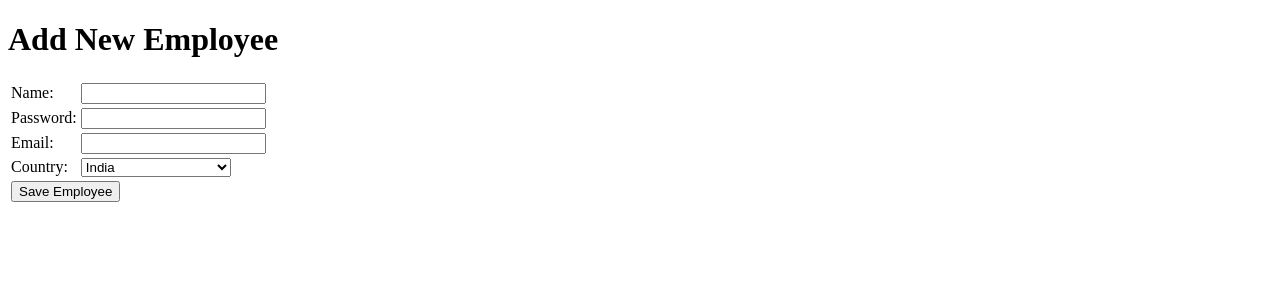
Repository: mubashirkhan1/Corejsvs__Programs
Page: basicprogram/TestWeb/WebContent/crud1.html
The author's editor kept a copy of each file at every save. The page is drawn from the files as they stood at one save, then again after the next save.
The browser window is 1280 px wide. The pictures show the whole page.

Above is the page before, as saved 2021-03-11 00:30:34.

### basicprogram/TestWeb/WebContent/crud1.html
<!DOCTYPE html>
<html>
<head>
<meta charset="ISO-8859-1">
<title>Insert title here</title>
</head>

</head>
<body>


<h1>Add New Employee</h1>
<form action=>
<table>
<tr><td>Name:</td><td><input type="text" name="name"/></td></tr>
<tr><td>Password:</td><td><input type="password" name="password"/></td></tr>
<tr><td>Email:</td><td><input type="email" name="email"/></td></tr>
<tr><td>Country:</td><td>
<select name="country" style="width:150px">
<option>India</option>
<option>USA</option>
<option>UK</option>
<option>Other</option>
<option value="Afganistan">Afghanistan</option>
   <option value="Albania">Albania</option>
   <option value="Algeria">Algeria</option>
   <option value="American Samoa">American Samoa</option>
   <option value="Andorra">Andorra</option>
   <option value="Angola">Angola</option>
   <option value="Anguilla">Anguilla</option>
   <option value="Antigua & Barbuda">Antigua & Barbuda</option>
   <option value="Argentina">Argentina</option>
   <option value="Armenia">Armenia</option>
   <option value="Aruba">Aruba</option>
   <option value="Australia">Australia</option>
   <option value="Austria">Austria</option>
   <option value="Azerbaijan">Azerbaijan</option>
   <option value="Bahamas">Bahamas</option>
   <option value="Bahrain">Bahrain</option>
   <option value="Bangladesh">Bangladesh</option>
   <option value="Barbados">Barbados</option>
   <option value="Belarus">Belarus</option>
   <option value="Belgium">Belgium</option>
   <option value="Belize">Belize</option>
</select>
</td></tr>
<tr><td colspan="2"><input type="submit" value="Save Employee"/></td></tr>
</table>
</form>

</body>
</html>

After the next save:
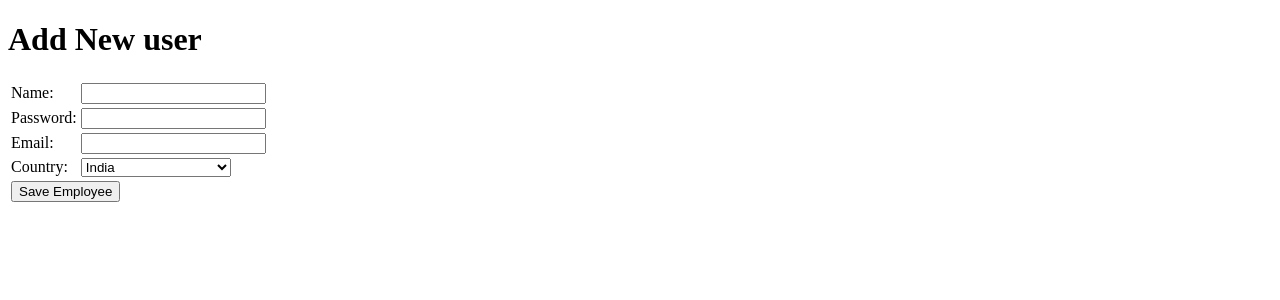
Saved 78 s later.
--- a/basicprogram/TestWeb/WebContent/crud1.html
+++ b/basicprogram/TestWeb/WebContent/crud1.html
@@ -9,7 +9,7 @@
 <body>
 
 
-<h1>Add New Employee</h1>
+<h1>Add New user</h1>
 <form action=>
 <table>
 <tr><td>Name:</td><td><input type="text" name="name"/></td></tr>
